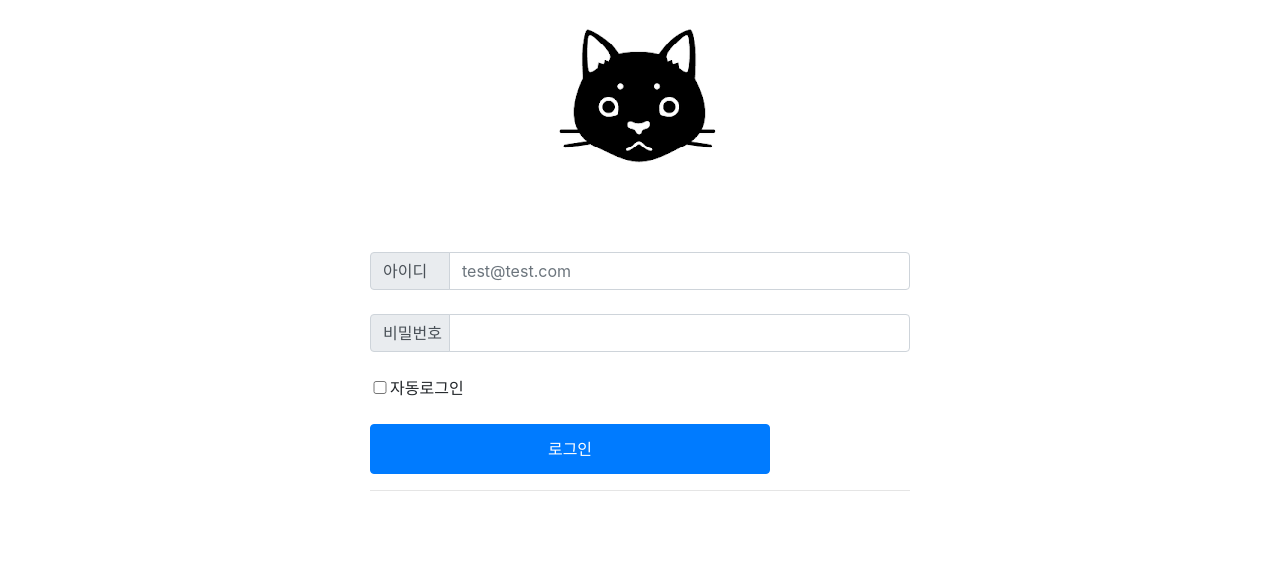
Repository: 0deepsleep/SpringMVCStudy
Page: http://localhost/TestProject/joinCheck.jsp
These files come from the project's save history. The page is drawn as it stood at one moment and after the next save; the edit follows.
The browser window is 1280 px wide. The pictures show the whole page.
The page is served by Tomcat 9.

Above is the page before, as saved 2019-06-14 09:40:05.

### TestProject/WebContent/joinCheck.jsp
<%@ page contentType="text/html; charset=UTF-8"%>
<%@ taglib prefix="c" uri="http://java.sun.com/jsp/jstl/core" %>
<%
	request.setCharacterEncoding("UTF-8");
	String cp = request.getContextPath();
%>
<!DOCTYPE html>
<html>
<head>
<meta charset="UTF-8">
<title>joinCheck.jsp</title>
<link rel="stylesheet" href="https://stackpath.bootstrapcdn.com/bootstrap/4.3.1/css/bootstrap.min.css">
<style type="text/css">
	.bolck
	{
		width: 80px;
	}

	.btn
	{
		width: 400px;
		height: 50px
	}


	#err1
	{
		display: none;
		color: red;
		font-size: small;
	}

	#err2
	{
		display: none;
		color: red;
		font-size: small;
	}
	*{text-align:left;}

</style>
<script type="text/javascript" src="https://ajax.googleapis.com/ajax/libs/jquery/3.4.1/jquery.min.js"></script>
<script type="text/javascript">

	$(document).ready(function()
	{
		$("#btn").click(function()
		{

			if($("#userId").val()=="" && $("#userPwd").val()=="")
			{
				$("#err1").css("display", "inline");
				$("#err2").css("display", "inline");
				return;
			}

			$("#err1").css("display", "none");

			if($("#userId").val()=="")
			{
				$("#err1").css("display", "inline");
				return;
			}

			$("#err2").css("display", "none");

			if( $("#userPwd").val()=="")
			{
				$("#err2").css("display", "inline");
				return;
			}

			$("#memberForm").submit();

		});


	});
</script>
</head>
<body>

<div class="text-center container">
	<img src="<%=cp %>/img/cat.png" class="rounded" alt="" >
  <div class="row" style="margin-top: 60px;">
  	<div class="col-md-6 offset-md-3">
  		<div class="input-group" id="memberForm">
	  		<div class="input-group-prepend">
		    	<span class="input-group-text bolck">아이디</span>
		    </div>
		  <input type="text" id="userId" name="userId" class="form-control"
		  required="required" placeholder="test@test.com">
		    </div>
		    <span id="err1">아이디를 입력해주세요.</span><br>

		<div class="input-group" id="memberForm">
	  		<div class="input-group-prepend">
		    	<span class="input-group-text bolck">비밀번호</span>
		    </div>
		  	<input type="password" id="userPwd" name="userPwd" class="form-control"
		  required="required" >
		</div>
		<span id="err2">비밀번호를 입력해주세요.</span>
		<br><input type="checkbox" style="width: 20px;">자동로그인

		<br><br>
		<button type="button" id="btn" name="btn" class="btn-primary btn">로그인</button>
		<br><hr />

	</div>
  </div>
</div>

</body>
</html>

After the next save:
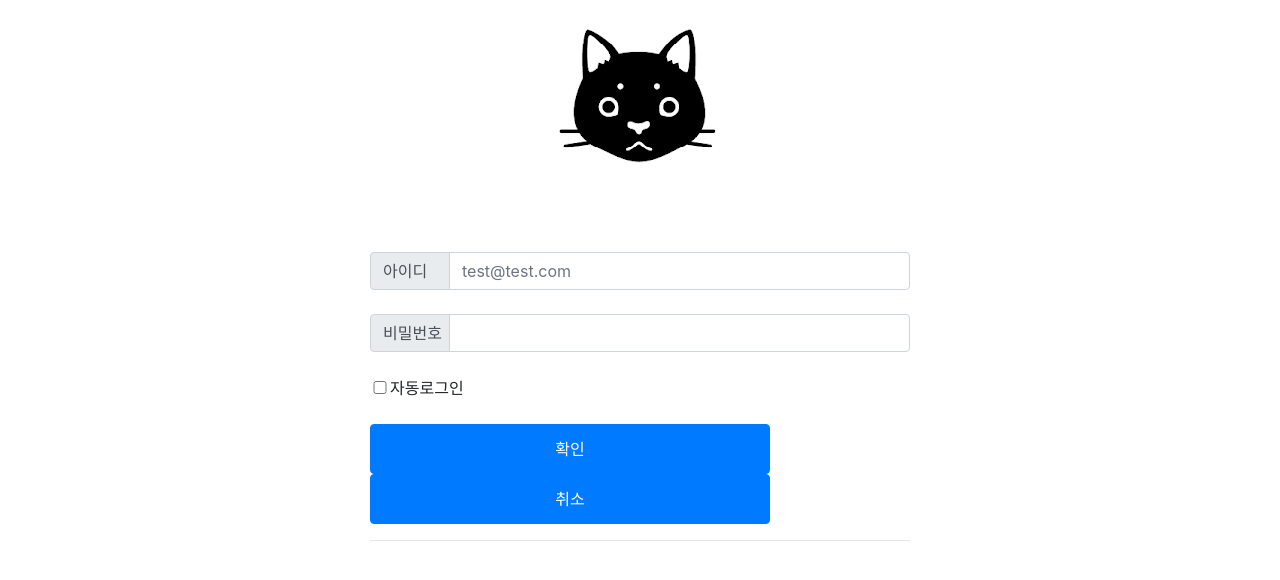
Saved 23 s later.
--- a/TestProject/WebContent/joinCheck.jsp
+++ b/TestProject/WebContent/joinCheck.jsp
@@ -104,7 +104,8 @@
 		<br><input type="checkbox" style="width: 20px;">자동로그인
 
 		<br><br>
-		<button type="button" id="btn" name="btn" class="btn-primary btn">로그인</button>
+		<button type="button" id="btn" name="btn" class="btn-primary btn">확인</button>
+		<button type="button" id="btn" name="btn" class="btn-primary btn">취소</button>
 		<br><hr />
 
 	</div>
